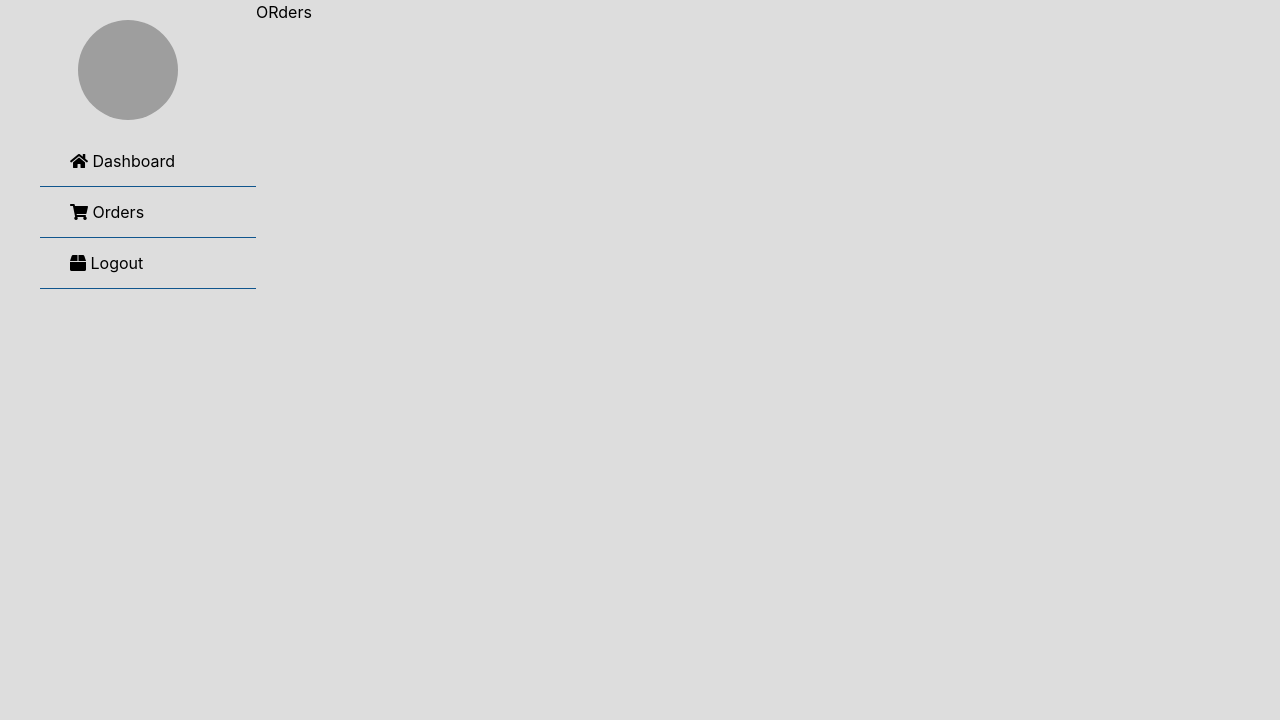
Repository: cjaymoni/FE_Submission02
Page: http://localhost/orders
An editor plug-in stored every save of this project. The page is shown before and after the next save, followed by the edit.
The browser window is 1280 px wide. The pictures show the whole page.
Pictures or frames that could not be fetched are drawn as grey boxes. Some web libraries are served in a nearby version. The page is run by PHP 8.4 with error messages shown; the project is at /var/www/html/.

Above is the page before, as saved 2022-09-29 14:48:15.

### index.php
<!doctype html>
<html lang="en">
<head>
    <?php include './layout/header.html' ?>
</head>
<body>
<?php
require_once './layout/sidebar.html';

$request = $_SERVER['REQUEST_URI'];

switch ($request) {
        case '/' :
        case '' :
        case '/home' :
            case '/login':
                case '/login/':
        require __DIR__.'/views/login-page/login.html';
        break;


        case '/orders':
        case '/orders/':
        require __DIR__.'/views/orders/orders.html';
        break;

        case '/dashboard':
        case '/dashboard/':
        require __DIR__.'/views/dashboard/dashboard.html';
        break;





        default:
        require __DIR__.'/views/login-page/login.html';
        break;
}
?>

 <?php require_once './layout/footer.html' ?>
</body>
</html>

### layout/header.html
<meta charset="utf-8" />
<meta name="viewport" content="width=device-width, initial-scale=1.0" />

<!-- FavIcon -->
<link rel="icon" type="image/svg+xml" href="assets/Freddys_Logo.svg" />

<!-- CSS -->
<link rel="stylesheet" href="css/styles.css" />

<!-- Font Awesome -->
<link
  rel="stylesheet"
  href="https://use.fontawesome.com/releases/v5.8.1/css/all.css"
/>

<!-- Title -->
<title>Freddy's Shop</title>

### layout/sidebar.html
<aside>
  <div class="sidebar" id="sidebar">
    <div class="profile">
      <img src="assets/Freddys_Logo.svg" alt="Freddys_Logo" />
    </div>
    <ul>
      <li>
        <a href="/dashboard">
          <i class="fas fa-home"></i>
          <span>Dashboard</span>
        </a>
      </li>
      <li>
        <a href="/orders">
          <i class="fas fa-shopping-cart"></i>
          <span>Orders</span>
        </a>
      </li>
      <li>
        <a href="products.html">
          <i class="fas fa-box"></i>
          <span>Logout</span>
        </a>
      </li>
    </ul>
  </div>
</aside>
<script src="js/sidebar-toggle.js"></script>

### views/orders/orders.html
<div class="content">ORders</div>

### layout/footer.html
<script
  src="https://code.jquery.com/jquery-3.6.1.min.js"
  integrity="sha256-o88AwQnZB+VDvE9tvIXrMQaPlFFSUTR+nldQm1LuPXQ="
  crossorigin="anonymous"
></script>

### css/styles.css
:root {
    --color-primary: #f00;
    --color-secondary: #0f0;
    --color-tertiary: rgb(0, 110, 255);
    background-color: #dddddd;
    font-family: Inter, Avenir, Helvetica, Arial, sans-serif;
    font-size: 16px;
    line-height: 24px;
    min-width: 100vw;
    min-height: 100vh;
    scroll-behavior: smooth;
}


body {
    overflow-x: hidden;
    height: 100vh;
    width: 100vw;
    margin: 0;
}

.login-div {
    display: flex;
    flex-direction: column;
    justify-content: center;
    align-items: center;
    border: 5px solid rgb(65, 61, 61);
    margin: auto;
    margin-top: 15%;
    width: 50%;
    padding: 5px;


}

.login-head {
    display: flex;
    justify-content: space-between;
    flex-wrap: wrap;
}

.login-img {
    width: 100px;
    height: 100px;
    border-radius: 50%;
    margin: 10px;
}

.login-head-text {
    display: flex;
    justify-content: center;
    align-items: center;
    margin: 10px;
    flex-wrap: wrap;
}

.login-head-img {
    display: flex;
    justify-content: center;
    align-items: center;
    margin: 10px;
}

.login-form {
    display: flex;
    flex-direction: column;
    justify-content: center;
    align-items: center;
    margin: 10px;
    width: 100%;
}



.input-div {
    display: flex;
    flex-direction: column;
    justify-content: center;
    align-items: center;
    margin: 10px;
    width: 100%;
}

input[type=text],
input[type=password] {
    width: 100%;
    padding: 12px 20px;
    margin: 8px 0;
    display: inline-block;
    border: 2px solid #ccc;
    box-sizing: border-box;
    border-radius: 5px;
}

.login-btn {
    width: 100%;
    padding: 10px;
    border: 2px solid #ccc;
    border-radius: 5px;
}


.sidebar {
    background-color: #dddddd;
    position: fixed;
    top: 0;
    left: 0;
    width: 20%;
    height: 100%;
    padding: 20px 0;
    transition: all 0.5s ease;

}

.content {
    width: 80%;
    height: 100%;
    float: right;
}


.sidebar .profile img {
    display: block;
    width: 100px;
    height: 100px;
    border-radius: 50%;
    margin: 0 auto;
}

.sidebar ul li {
    list-style: none;

}

.sidebar ul li a {
    display: block;
    padding: 13px 30px;
    border-bottom: 1px solid #10558d;
    color: black;
    font-size: 16px;
    position: relative;
    text-decoration: none;
}

.sidebar ul li a .icon {
    color: black;
    width: 30px;
    display: inline-block;
}

### js/sidebar-toggle.js
const pgUrl = window.location.href.substr(
  window.location.href.lastIndexOf("/") + 1
);
const sdComponent = document.querySelector(".sidebar");
if (pgUrl === "login") {
  sdComponent.style.display = "none";
}

After the next save:
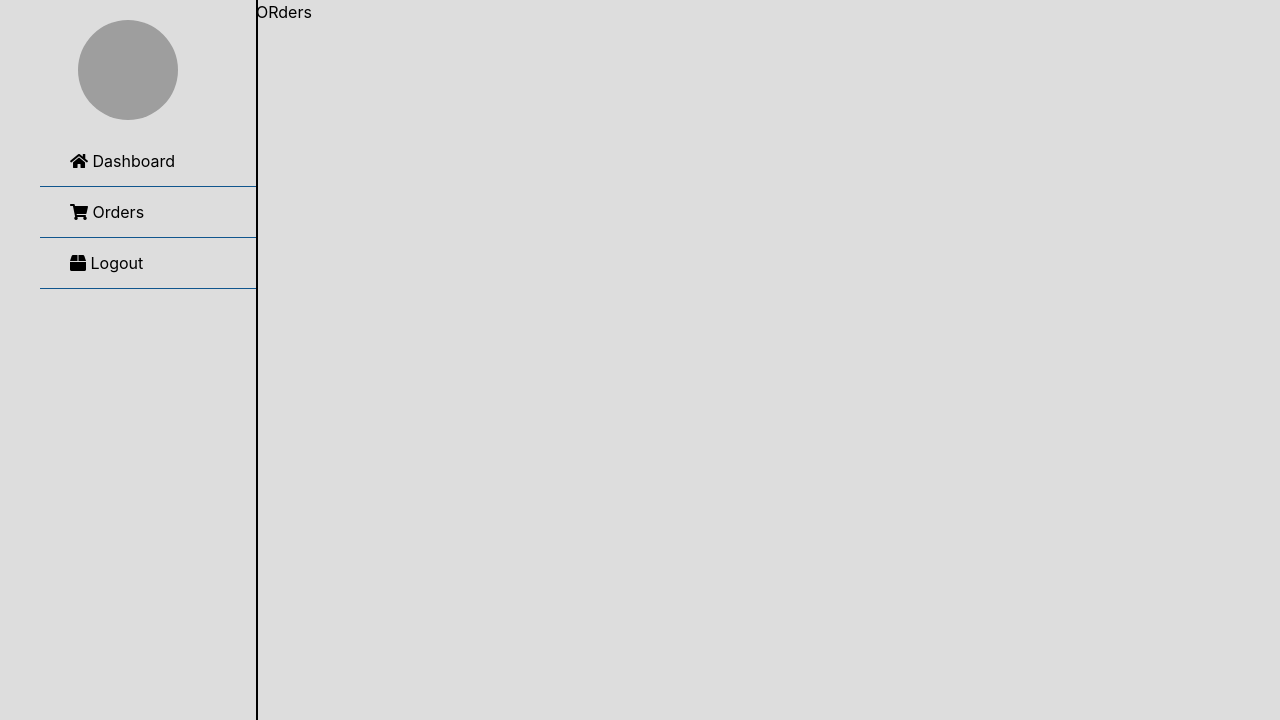
Saved 45 s later.
--- a/css/styles.css
+++ b/css/styles.css
@@ -109,6 +109,7 @@ input[type=password] {
     height: 100%;
     padding: 20px 0;
     transition: all 0.5s ease;
+    border-right: 2px solid black;
 
 }
 
